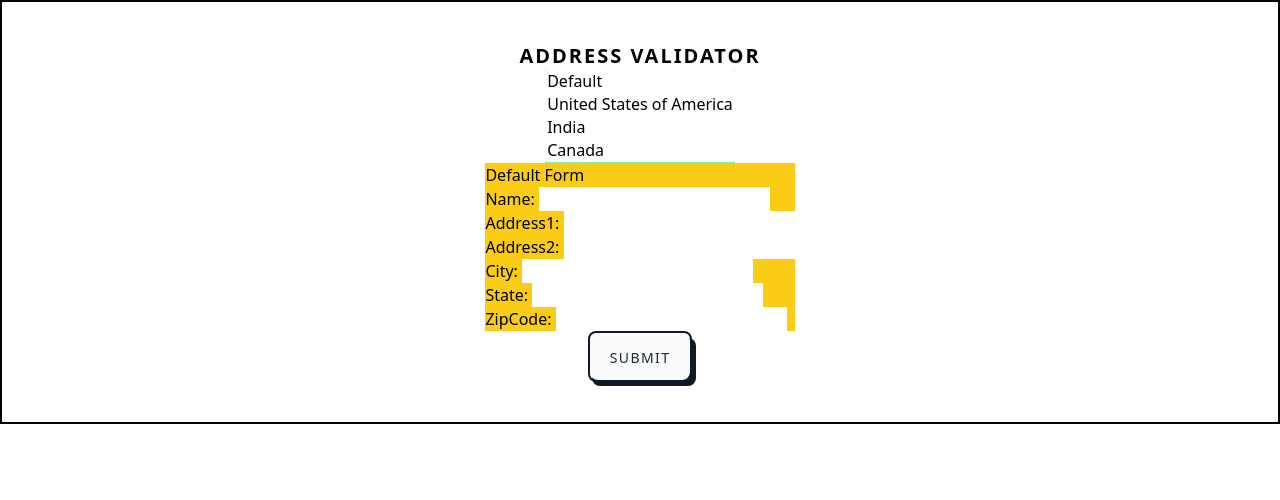
Repository: jay-singhvi/SWArchDesign_TeamProject
Page: / (app in frontend/address-validation/)
These files come from the project's save history. The page is drawn as it stood at one moment and after the next save; the edit follows.
The browser window is 1280 px wide. The pictures show the whole page.
The project was rebuilt for these pictures with package versions that can differ from the ones it lists, and the page was loaded fresh each time. Also part of the build but not shown: frontend/address-validation/src/App.css.

Above is the page before, as saved 2023-03-07 13:57:59.

After the next save:
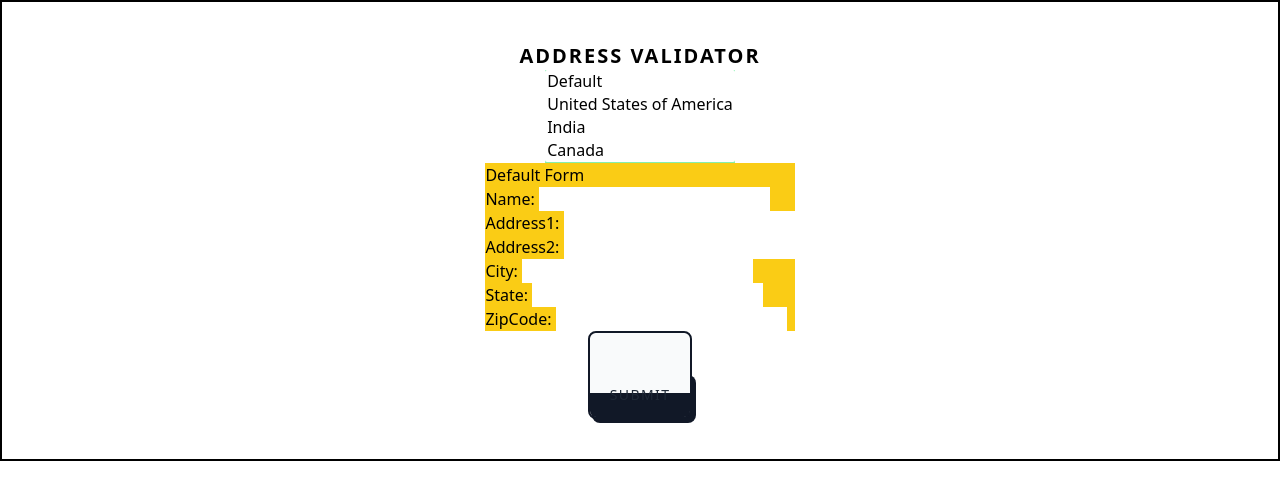
Saved 25 s later.
--- a/frontend/address-validation/src/App.js
+++ b/frontend/address-validation/src/App.js
@@ -160,7 +160,7 @@
           <span class="relative z-10 block px-5 py-3 overflow-hidden font-medium leading-tight text-gray-800 transition-colors duration-300 ease-out border-2 border-gray-900 rounded-lg group-hover:text-white">
             <span class="absolute inset-0 w-full h-full px-5 py-3 rounded-lg bg-gray-50"></span>
             <span class="absolute left-0 w-48 h-48 -ml-2 transition-all duration-300 origin-top-right -rotate-90 -translate-x-full translate-y-12 bg-gray-900 group-hover:-rotate-180 ease"></span>
-            <button type="submit" onClick={findAddress} className=" relative uppercase tracking-widest text-sm">
+            <button type="submit" onClick={findAddress} className=" relative uppercase tracking-widest text-sm mt-10">
               Submit
             </button>
           </span>

After the save that followed:
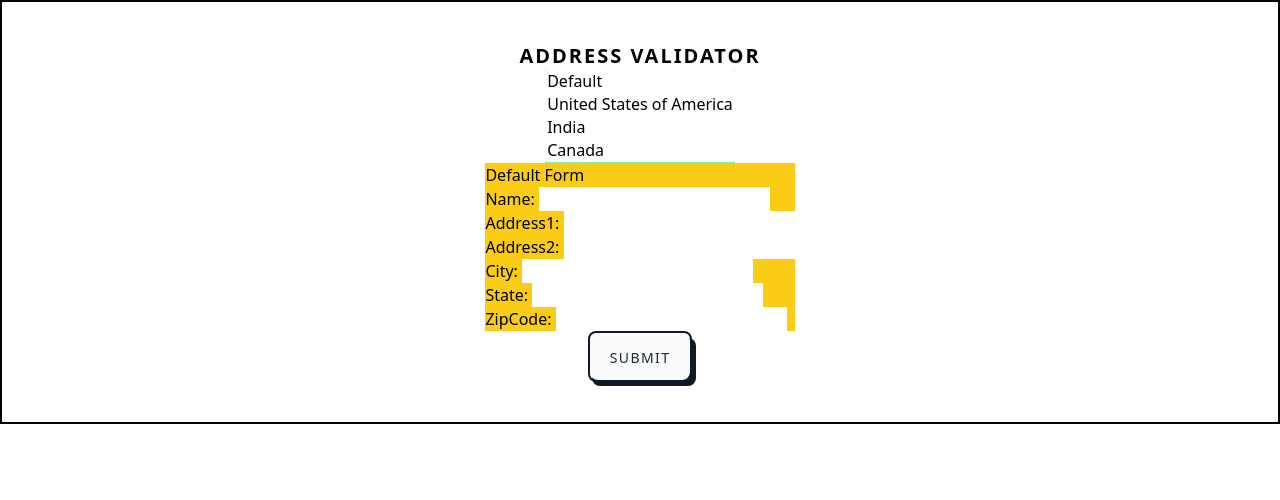
Saved 9 s later.
--- a/frontend/address-validation/src/App.js
+++ b/frontend/address-validation/src/App.js
@@ -160,7 +160,7 @@
           <span class="relative z-10 block px-5 py-3 overflow-hidden font-medium leading-tight text-gray-800 transition-colors duration-300 ease-out border-2 border-gray-900 rounded-lg group-hover:text-white">
             <span class="absolute inset-0 w-full h-full px-5 py-3 rounded-lg bg-gray-50"></span>
             <span class="absolute left-0 w-48 h-48 -ml-2 transition-all duration-300 origin-top-right -rotate-90 -translate-x-full translate-y-12 bg-gray-900 group-hover:-rotate-180 ease"></span>
-            <button type="submit" onClick={findAddress} className=" relative uppercase tracking-widest text-sm mt-10">
+            <button type="submit" onClick={findAddress} className=" relative uppercase tracking-widest text-sm">
               Submit
             </button>
           </span>
